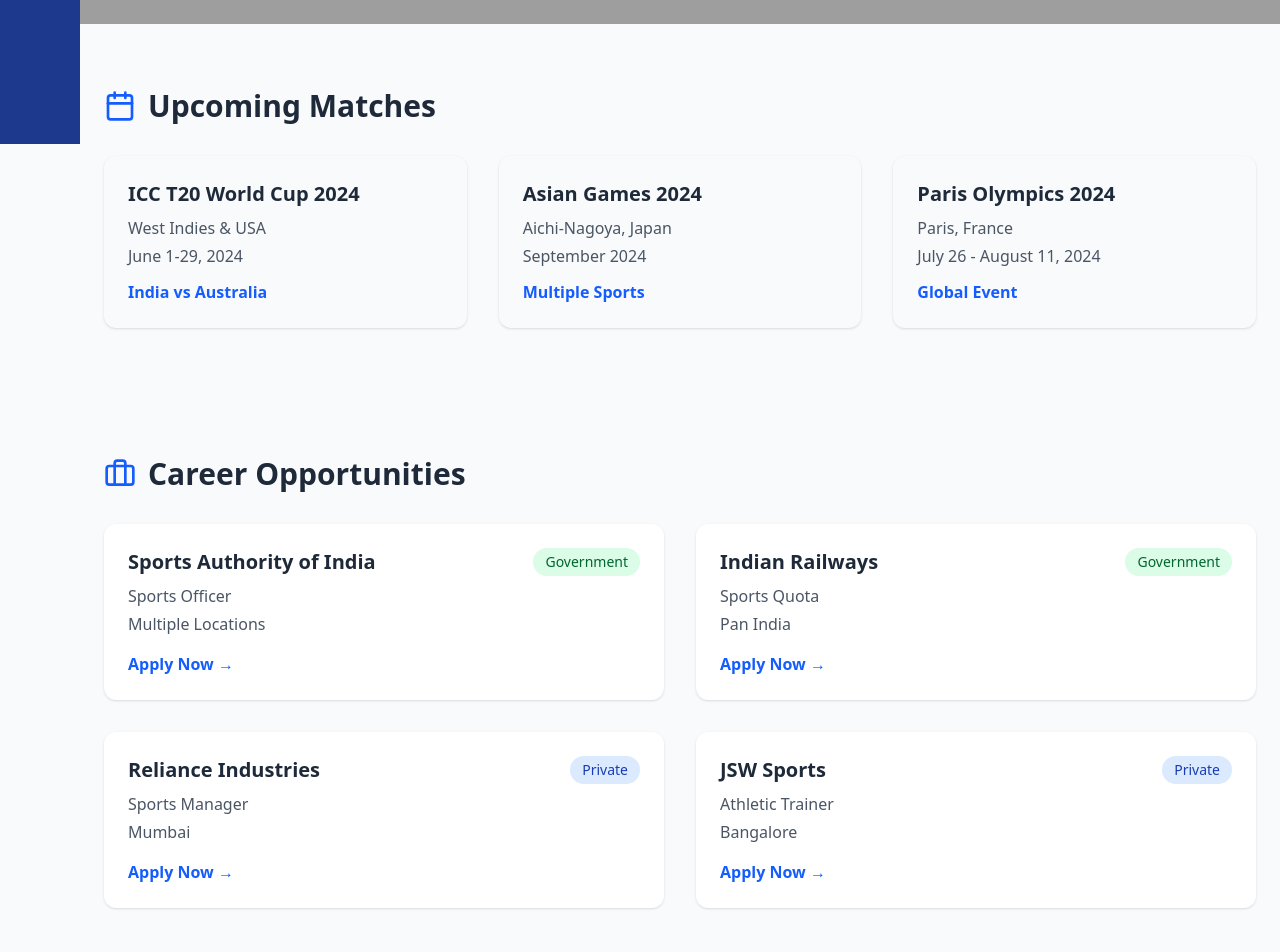
Repository: Shovon0004/Athlete
Page: / (app in Athlete/)
The author's editor kept a copy of each file at every save. The page is drawn from the files as they stood at one save, then again after the next save.
The browser window is 1280 px wide. The pictures show the part of the page from y = 576 to 1528 px (the page is 1548 px tall).
Pictures or frames that could not be fetched are drawn as grey boxes. The project was rebuilt for these pictures with package versions that can differ from the ones it lists, and the page was loaded fresh each time. Also part of the build but not shown: Athlete/vite.config.js.

Above is the page before, as saved 2025-01-26 11:08:59.

### Athlete/src/App.jsx
import { useState } from 'react'
import SideNavbar from './components/SideNavbar'
import HeroPage from './components/HeroPage'

import './App.css'

function App() {


  return (
    <>
      <SideNavbar />
      <HeroPage />
    </>
  )
}

export default App

### Athlete/src/components/SideNavbar.jsx
import React, { useState } from 'react';
import {
  Home,
  User,
  BarChart2,
  Shield,
  DollarSign,
  Menu
} from 'lucide-react';

const SideNavbar = () => {
  const [isExpanded, setIsExpanded] = useState(false);

  const navItems = [
    { icon: Home, label: 'Dashboard', href: '/' },
    { icon: User, label: 'Athletes', href: '/athletes' },
    { icon: BarChart2, label: 'Performance', href: '/performance' },
    { icon: Shield, label: 'Injuries', href: '/injuries' },
    { icon: DollarSign, label: 'Financial', href: '/financial' }
  ];

  return (
    <div
      className={`h-screen bg-blue-900 text-white transition-all duration-300
        ${isExpanded ? 'w-64' : 'w-20'} fixed left-0 top-0 z-50`}
    >
      <div className="flex flex-col h-full">
        {/* Logo & Toggle */}
        <div className="flex items-center justify-between p-4 border-b border-blue-700">
          {isExpanded && (
            <div className="text-xl font-bold">Athlete Hub</div>
          )}
          <button
            onClick={() => setIsExpanded(!isExpanded)}
            className="hover:bg-blue-700 p-2 rounded"
          >
            <Menu />
          </button>
        </div>

        {/* Navigation Items */}
        <nav className="flex-grow mt-4">
          <ul className="space-y-2">
            {navItems.map((item, index) => (
              <li key={index}>
                <a
                  href={item.href}
                  className={`flex items-center p-3 hover:bg-blue-700
                    ${isExpanded ? 'justify-start px-6' : 'justify-center'}`}
                >
                  <item.icon className="mr-4" />
                  {isExpanded && <span>{item.label}</span>}
                </a>
              </li>
            ))}
          </ul>
        </nav>
      </div>
    </div>
  );
};

export default SideNavbar;

### Athlete/src/components/HeroPage.jsx
import React from 'react';
import { ChevronLeft, ChevronRight, Medal, Calendar, Briefcase } from 'lucide-react';

const schemes = [
  {
    title: "Khelo India Youth Games",
    description: "Supporting young athletes with annual scholarships of ₹5 lakhs",
    image: "https://images.unsplash.com/photo-1461896836934-ffe607ba8211?auto=format&fit=crop&q=80&w=2070"
  },
  {
    title: "Target Olympic Podium Scheme (TOPS)",
    description: "Elite athlete support program for Olympic preparation",
    image: "https://www.manoramayearbook.in/content/dam/yearbook/learn/world/images/2020/mar/Olympics-2021.jpg"
  },
  {
    title: "National Sports Development Fund",
    description: "Financial assistance for sports infrastructure and training",
    image: "https://images.unsplash.com/photo-1517649763962-0c623066013b?auto=format&fit=crop&q=80&w=2070"
  }
];

const upcomingMatches = [
  {
    event: "ICC T20 World Cup 2024",
    location: "West Indies & USA",
    date: "June 1-29, 2024",
    teams: "India vs Australia"
  },
  {
    event: "Asian Games 2024",
    location: "Aichi-Nagoya, Japan",
    date: "September 2024",
    teams: "Multiple Sports"
  },
  {
    event: "Paris Olympics 2024",
    location: "Paris, France",
    date: "July 26 - August 11, 2024",
    teams: "Global Event"
  }
];

const jobOpportunities = [
  {
    company: "Sports Authority of India",
    position: "Sports Officer",
    type: "Government",
    location: "Multiple Locations"
  },
  {
    company: "Indian Railways",
    position: "Sports Quota",
    type: "Government",
    location: "Pan India"
  },
  {
    company: "Reliance Industries",
    position: "Sports Manager",
    type: "Private",
    location: "Mumbai"
  },
  {
    company: "JSW Sports",
    position: "Athletic Trainer",
    type: "Private",
    location: "Bangalore"
  }
];

function HeroPage() {
  const [currentScheme, setCurrentScheme] = React.useState(0);

  const nextScheme = () => {
    setCurrentScheme((prev) => (prev + 1) % schemes.length);
  };

  const prevScheme = () => {
    setCurrentScheme((prev) => (prev - 1 + schemes.length) % schemes.length);
  };

  return (
    <div className="min-h-screen bg-gray-50 pl-20 dark:bg-gray-900">
      {/* Hero Section with Schemes Slider */}
      <div className="relative h-[600px] overflow-hidden">
        <div
          className="absolute inset-0 transition-transform duration-500 ease-in-out"
          style={{
            backgroundImage: `url(${schemes[currentScheme].image})`,
            backgroundSize: 'cover',
            backgroundPosition: 'center',
          }}
        >
          <div className="absolute inset-0  bg-opacity-50">
            <div className="container mx-auto px-6 h-full flex items-center">
              <div className="text-white max-w-3xl">
                <h1 className="text-5xl font-bold mb-4">{schemes[currentScheme].title}</h1>
                <p className="text-xl mb-8">{schemes[currentScheme].description}</p>
                <button className="bg-blue-600 hover:bg-blue-700 text-white px-8 py-3 rounded-lg font-semibold">
                  Learn More
                </button>
              </div>
            </div>
          </div>
        </div>
        <button
          onClick={prevScheme}
          className="absolute left-4 top-1/2 -translate-y-1/2 bg-white/30 p-2 rounded-full hover:bg-white/50 transition-colors"
        >
          <ChevronLeft className="w-6 h-6 text-white" />
        </button>
        <button
          onClick={nextScheme}
          className="absolute right-4 top-1/2 -translate-y-1/2 bg-white/30 p-2 rounded-full hover:bg-white/50 transition-colors"
        >
          <ChevronRight className="w-6 h-6 text-white" />
        </button>
      </div>

      {/* Upcoming Matches Section */}
      <section className="py-16 ">
        <div className="container mx-auto px-6">
          <div className="flex items-center mb-8">
            <Calendar className="w-8 h-8 text-blue-600 mr-3" />
            <h2 className="text-3xl font-bold text-gray-800">Upcoming Matches</h2>
          </div>
          <div className="grid md:grid-cols-3 gap-8">
            {upcomingMatches.map((match, index) => (
              <div key={index} className="bg-gray-50 rounded-xl p-6 shadow-sm hover:shadow-md transition-shadow">
                <h3 className="text-xl font-semibold text-gray-800 mb-2">{match.event}</h3>
                <p className="text-gray-600 mb-1">{match.location}</p>
                <p className="text-gray-600 mb-3">{match.date}</p>
                <p className="text-blue-600 font-semibold">{match.teams}</p>
              </div>
            ))}
          </div>
        </div>
      </section>

      {/* Career Opportunities Section */}
      <section className="py-16 bg-gray-50 dark:bg-gray-900">
        <div className="container mx-auto px-6 ">
          <div className="flex items-center mb-8 ">
            <Briefcase className="w-8 h-8 text-blue-600 mr-3" />
            <h2 className="text-3xl font-bold text-gray-800">Career Opportunities</h2>
          </div>
          <div className="grid md:grid-cols-2 gap-8 ">
            {jobOpportunities.map((job, index) => (
              <div key={index} className="bg-white rounded-xl p-6 shadow-sm hover:shadow-md transition-shadow">
                <div className="flex justify-between items-start">
                  <div>
                    <h3 className="text-xl font-semibold text-gray-800 mb-2">{job.company}</h3>
                    <p className="text-gray-600 mb-1">{job.position}</p>
                    <p className="text-gray-600">{job.location}</p>
                  </div>
                  <span className={`px-3 py-1 rounded-full text-sm font-medium ${
                    job.type === 'Government' ? 'bg-green-100 text-green-800' : 'bg-blue-100 text-blue-800'
                  }`}>
                    {job.type}
                  </span>
                </div>
                <button className="mt-4 text-blue-600 font-semibold hover:text-blue-700">
                  Apply Now →
                </button>
              </div>
            ))}
          </div>
        </div>
      </section>
    </div>
  );
}

export default HeroPage;

Loaded but not shown: Athlete/index.html (common file); Athlete/src/main.jsx (common file); Athlete/src/index.css (common file); Athlete/src/App.css (common file)

After the next save:
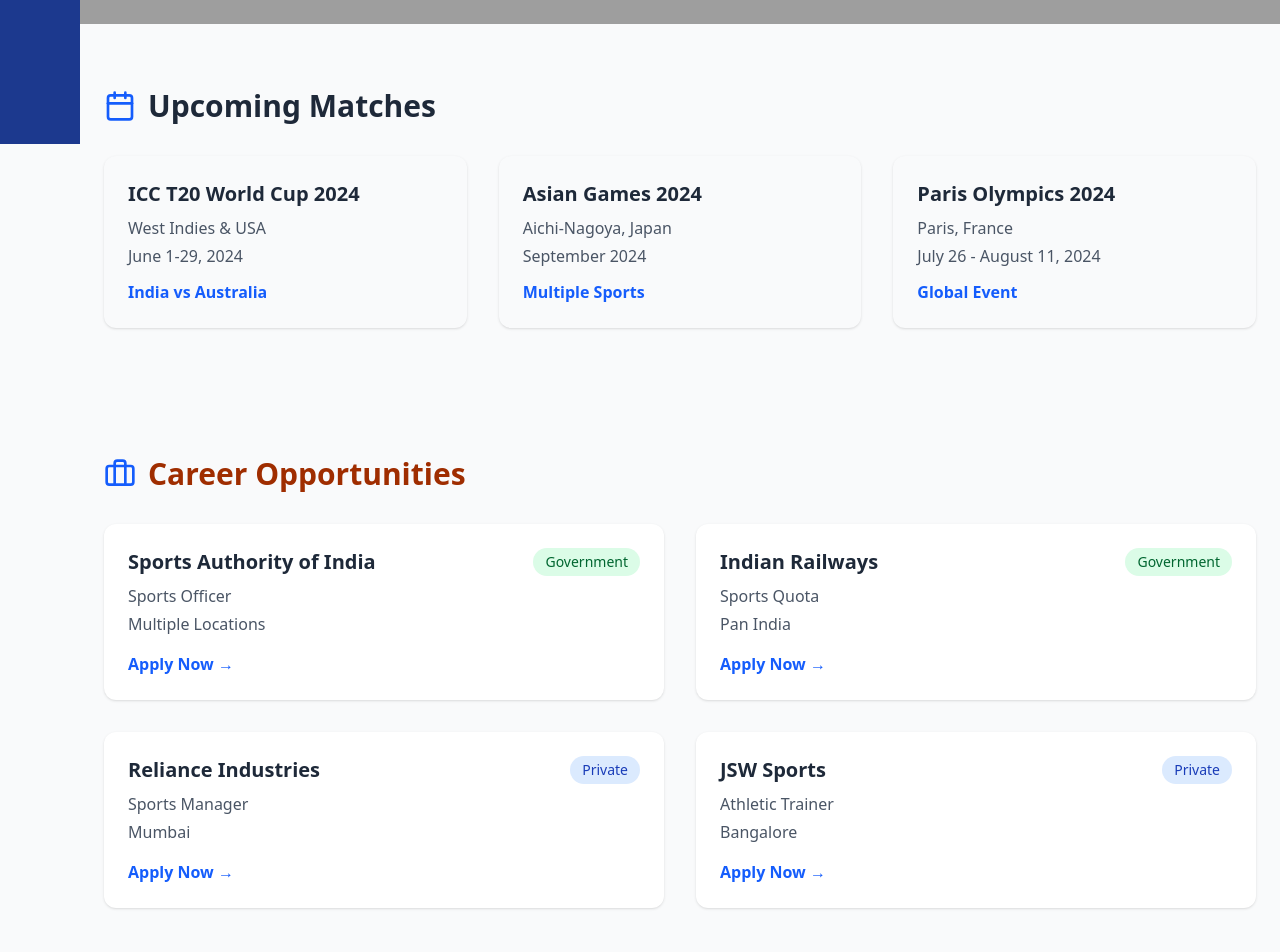
Saved 24 s later.
--- a/Athlete/src/components/HeroPage.jsx
+++ b/Athlete/src/components/HeroPage.jsx
@@ -141,7 +141,7 @@
         <div className="container mx-auto px-6 ">
           <div className="flex items-center mb-8 ">
             <Briefcase className="w-8 h-8 text-blue-600 mr-3" />
-            <h2 className="text-3xl font-bold text-gray-800">Career Opportunities</h2>
+            <h2 className="text-3xl font-bold text-orange-800">Career Opportunities</h2>
           </div>
           <div className="grid md:grid-cols-2 gap-8 ">
             {jobOpportunities.map((job, index) => (
